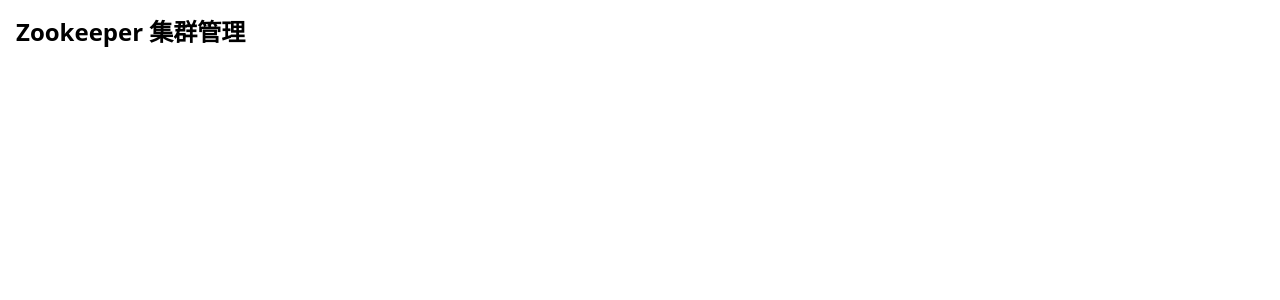
Repository: ineffablex/zkTool
Page: / (app in frontend/)
The author's editor kept a copy of each file at every save. The page is drawn from the files as they stood at one save, then again after the next save.
The browser window is 1280 px wide. The pictures show the whole page.
The page's requests for data from a server got no answer. The project was rebuilt for these pictures with package versions that can differ from the ones it lists, and the page was loaded fresh each time. No one was signed in, and anything a server would have sent is missing. Also part of the build but not shown: frontend/vite.config.ts.

Above is the page before, as saved 2025-01-22 23:31:04.

### frontend/src/main.ts
import { createApp } from 'vue'
import { createPinia } from 'pinia'
import App from './App.vue'
import router from './router'

import './assets/main.css'

const app = createApp(App)

app.use(createPinia())
app.use(router)

app.mount('#app')

### frontend/src/App.vue
<template>
  <RouterView />
</template>

<script setup lang="ts">
import { RouterView } from 'vue-router'
import { useZkStore } from './store'

const store = useZkStore()
store.fetchClusters()
</script>

<style>
@tailwind base;
@tailwind components;
@tailwind utilities;
</style>

### frontend/src/router/index.ts
import { createRouter, createWebHistory } from 'vue-router'

const routes = [
  {
    path: '/',
    name: 'Home',
    component: () => import('../views/HomeView.vue')
  },
  {
    path: '/cluster/:cluster',
    name: 'Cluster',
    component: () => import('../views/ClusterView.vue')
  }
]

const router = createRouter({
  history: createWebHistory(import.meta.env.BASE_URL),
  routes
})

export default router

### frontend/src/store/index.ts
import { defineStore } from 'pinia'

export const useZkStore = defineStore('zk', {
  state: () => ({
    currentCluster: null as string | null,
    clusters: [] as string[],
    nodeTree: [] as any[],
    loading: false
  }),
  actions: {
    async fetchClusters() {
      this.loading = true
      try {
        const response = await fetch('/api/zk/clusters')
        const data = await response.json()
        this.clusters = data
      } catch (error) {
        console.error('Failed to fetch clusters:', error)
      } finally {
        this.loading = false
      }
    },
    async fetchNodeTree(cluster: string) {
      // TODO: Implement node tree fetching
    }
  }
})

### frontend/src/views/HomeView.vue
<template>
  <div class="p-4">
    <h1 class="text-2xl font-bold mb-4">Zookeeper 集群管理</h1>

    <div v-if="store.loading" class="text-center">
      <div class="animate-spin rounded-full h-12 w-12 border-b-2 border-primary mx-auto"></div>
    </div>

    <div v-else>
      <div class="grid grid-cols-1 md:grid-cols-2 lg:grid-cols-3 gap-4">
        <div
          v-for="cluster in store.clusters"
          :key="cluster"
          class="p-4 border rounded-lg hover:shadow-lg transition-shadow cursor-pointer"
          @click="selectCluster(cluster)"
        >
          <h2 class="text-lg font-semibold">{{ cluster }}</h2>
        </div>
      </div>
    </div>
  </div>
</template>

<script setup lang="ts">
import { useZkStore } from '../store'
import { useRouter } from 'vue-router'

const router = useRouter()

const store = useZkStore()

const selectCluster = (cluster: string) => {
  router.push({ name: 'Cluster', params: { cluster } })
}
</script>

### frontend/tailwind.config.js
/** @type {import('tailwindcss').Config} */
export default {
  content: [
    './index.html',
    './src/**/*.{vue,js,ts,jsx,tsx}'
  ],
  theme: {
    extend: {
      colors: {
        primary: '#3b82f6',
        secondary: '#64748b',
        success: '#22c55e',
        warning: '#f59e0b',
        danger: '#ef4444',
        info: '#0ea5e9'
      }
    },
  },
  plugins: [],
}

Loaded but not shown: frontend/index.html (common file); frontend/src/assets/main.css (common file)

After the next save:
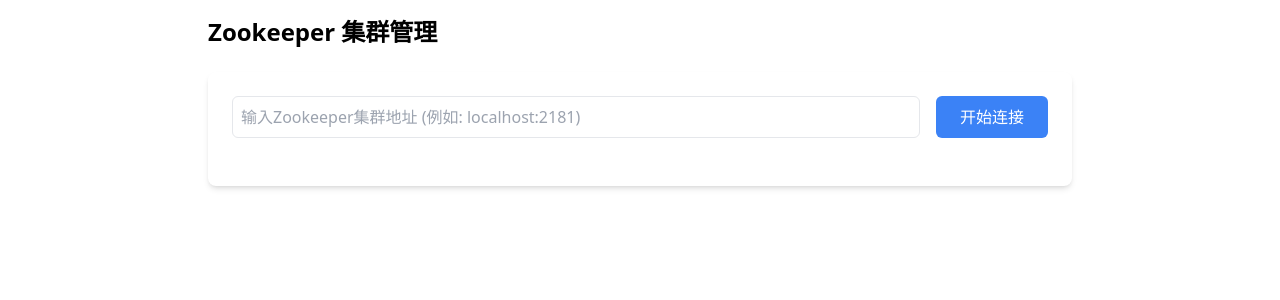
Saved 4 min 0 s later.
--- a/frontend/src/views/HomeView.vue
+++ b/frontend/src/views/HomeView.vue
@@ -1,35 +1,89 @@
 <template>
-  <div class="p-4">
-    <h1 class="text-2xl font-bold mb-4">Zookeeper 集群管理</h1>
+  <div class="p-4 max-w-4xl mx-auto">
+    <h1 class="text-2xl font-bold mb-6">Zookeeper 集群管理</h1>
 
-    <div v-if="store.loading" class="text-center">
-      <div class="animate-spin rounded-full h-12 w-12 border-b-2 border-primary mx-auto"></div>
-    </div>
+    <div class="bg-white p-6 rounded-lg shadow-md">
+      <div class="flex gap-4 mb-6">
+        <input
+          v-model="clusterAddress"
+          type="text"
+          placeholder="输入Zookeeper集群地址 (例如: localhost:2181)"
+          class="flex-1 p-2 border rounded-md focus:outline-none focus:ring-2 focus:ring-blue-500"
+        />
+        <button
+          @click="connectCluster"
+          :disabled="isConnecting"
+          class="px-6 py-2 bg-blue-500 text-white rounded-md hover:bg-blue-600 disabled:bg-gray-400 disabled:cursor-not-allowed"
+        >
+          {{ isConnecting ? '连接中...' : '开始连接' }}
+        </button>
+      </div>
 
-    <div v-else>
-      <div class="grid grid-cols-1 md:grid-cols-2 lg:grid-cols-3 gap-4">
-        <div
-          v-for="cluster in store.clusters"
-          :key="cluster"
-          class="p-4 border rounded-lg hover:shadow-lg transition-shadow cursor-pointer"
-          @click="selectCluster(cluster)"
-        >
-          <h2 class="text-lg font-semibold">{{ cluster }}</h2>
-        </div>
+      <div v-if="error" class="text-red-500 mb-4">{{ error }}</div>
+
+      <div v-if="nodes.length > 0" class="overflow-x-auto">
+        <table class="min-w-full bg-white">
+          <thead class="bg-gray-50">
+            <tr>
+              <th class="px-6 py-3 text-left text-xs font-medium text-gray-500 uppercase tracking-wider">节点名称</th>
+              <th class="px-6 py-3 text-left text-xs font-medium text-gray-500 uppercase tracking-wider">状态</th>
+              <th class="px-6 py-3 text-left text-xs font-medium text-gray-500 uppercase tracking-wider">IP地址</th>
+              <th class="px-6 py-3 text-left text-xs font-medium text-gray-500 uppercase tracking-wider">连接时间</th>
+            </tr>
+          </thead>
+          <tbody class="divide-y divide-gray-200">
+            <tr v-for="node in nodes" :key="node.name">
+              <td class="px-6 py-4 whitespace-nowrap">{{ node.name }}</td>
+              <td class="px-6 py-4 whitespace-nowrap">
+                <span :class="statusClass(node.status)">{{ node.status }}</span>
+              </td>
+              <td class="px-6 py-4 whitespace-nowrap">{{ node.ip }}</td>
+              <td class="px-6 py-4 whitespace-nowrap">{{ node.connectionTime }}</td>
+            </tr>
+          </tbody>
+        </table>
       </div>
     </div>
   </div>
 </template>
 
 <script setup lang="ts">
+import { ref } from 'vue'
 import { useZkStore } from '../store'
-import { useRouter } from 'vue-router'
 
-const router = useRouter()
+const clusterAddress = ref('')
+const isConnecting = ref(false)
+const error = ref('')
+const nodes = ref<any[]>([])
 
 const store = useZkStore()
 
-const selectCluster = (cluster: string) => {
-  router.push({ name: 'Cluster', params: { cluster } })
+const statusClass = (status: string) => {
+  return {
+    'px-2 py-1 rounded-full text-sm': true,
+    'bg-green-100 text-green-800': status === 'connected',
+    'bg-red-100 text-red-800': status === 'disconnected',
+    'bg-yellow-100 text-yellow-800': status === 'pending'
+  }
+}
+
+const connectCluster = async () => {
+  if (!clusterAddress.value) {
+    error.value = '请输入集群地址'
+    return
+  }
+
+  isConnecting.value = true
+  error.value = ''
+
+  try {
+    await store.connect(clusterAddress.value)
+    nodes.value = await store.fetchNodes()
+  } catch (err) {
+    error.value = '连接集群失败: ' + (err as Error).message
+    nodes.value = []
+  } finally {
+    isConnecting.value = false
+  }
 }
 </script>
